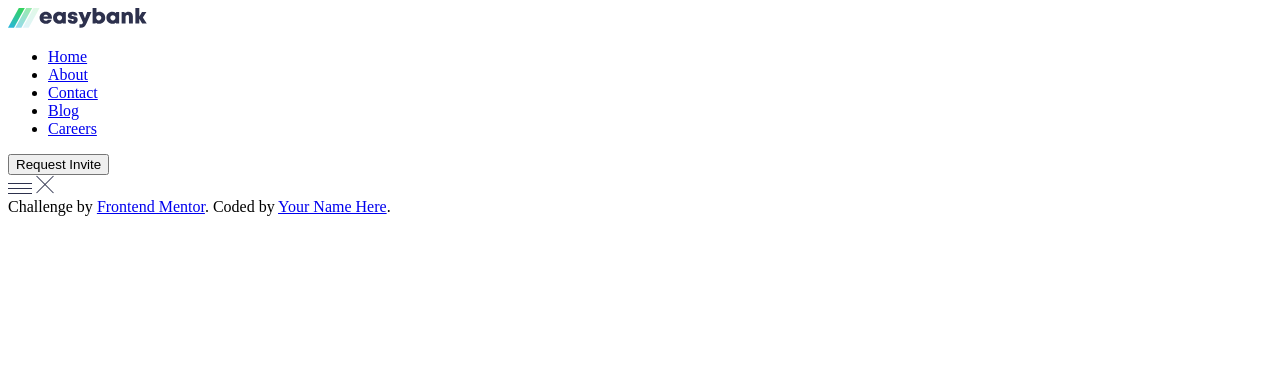
Repository: OmniaRafat232111121/easybank-landing-page-master
Page: index.html
These files come from the project's save history. The page is drawn as it stood at one moment and after a run of saves; the edit follows.
The browser window is 1280 px wide. The pictures show the whole page.

Above is the page before, as saved 2022-07-11 14:38:48.

After the next 2 saves:
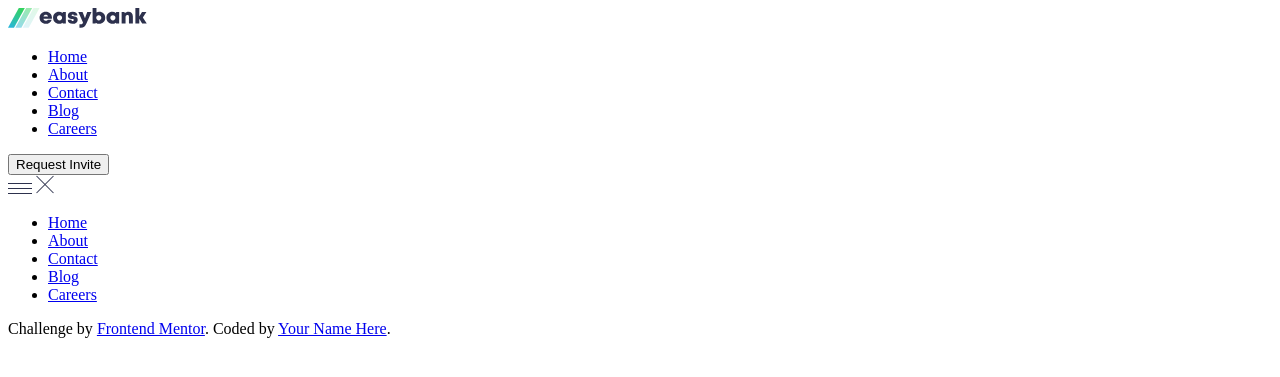
The 2 saves are shown as one change because they came seconds apart.
The last was saved 15 s later.
--- a/index.html
+++ b/index.html
@@ -39,7 +39,15 @@
 
     </nav>
     <!--navigation Contaent-->
-
+    <div class="nav__content-container container opacity-0 hide-for-mobile">
+    <ul class="nav__content">
+      <li><a href="#">Home</a></li>
+      <li><a href="#">About</a></li>
+      <li><a href="#">Contact</a></li>
+      <li><a href="#">Blog</a></li>
+      <li><a href="#">Careers</a></li>
+    </ul>
+  </div>
   </header>
   <div class="attribution">
     Challenge by <a href="https://www.frontendmentor.io?ref=challenge" target="_blank">Frontend Mentor</a>.
